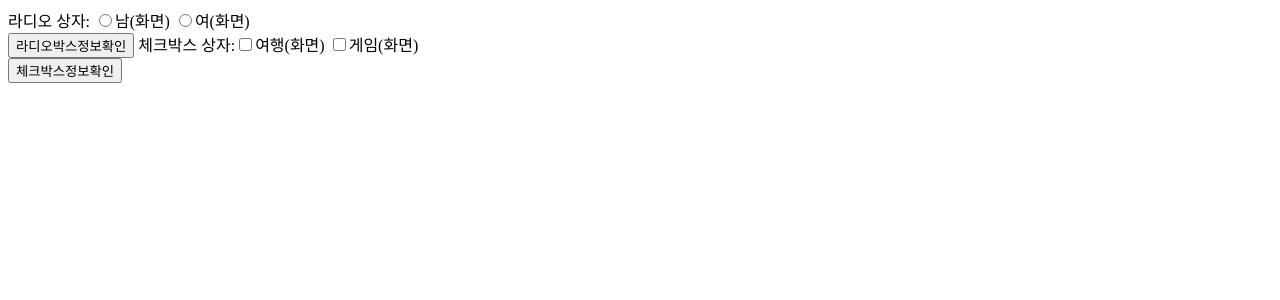
Repository: hololog/workspace_jsp1
Page: JspStudy/src/main/webapp/js1/test15.html
These files come from the project's save history. The page is drawn as it stood at one moment and after the next save; the edit follows.
The browser window is 1280 px wide. The pictures show the whole page.

Above is the page before, as saved 2021-12-14 07:26:28.

### JspStudy/src/main/webapp/js1/test15.html
<!DOCTYPE html>
<html>
<head>
<meta charset="UTF-8">
<title>js1/test15.html</title>
<script type="text/javascript">
//내장객체 window 윈도우창   - location 주소줄
//- history 방문기록
//- document html 틀 - image , ..
//                   - form - text,password,textarea
//                          - radio, checkbox
//                           - select

//내장객체 window 생략가능
//내장객체 window.document.폼태그.라디오상자이름   => 큰 주제 : html문서안에 있는 폼태그안의 라디오 상자제어
//								          => 멤버변수
//                                           type 라디오 상자타입을 저장하는 변수 ,
								//           value 입력된 값을 저장하는 변수,
								//			 checked 라디오 상자가 체크되어잇으면 참으로 저장
								//                   체크가 안되어 있으면 거싲으로 저장하는 변수
								//        => 멤버함수(메서드)
								//          click() 라디오 상자 글자 블럭 설정 기능
//내장객체 호출    =>document.폼태그.텍스트상자이름[].type,
//               document.폼태그.텍스트상자이름[].value,
//               document.폼태그.텍스트상자이름[].checked,
//               document.폼태그.텍스트상자이름[].click()

 function f1() {
	alert(document.fr.ra[0].type);
	alert(document.fr.ra[0].value);
	alert(document.fr.ra[0].checked);
	document.fr.ra[0].click();
 }

</script>
</head>
<body>
	<form action="a.jsp" method="get" name="fr">
	 라디오 상자: <input type="radio" name="ra" value="1">남(화면)
           	   <input type="radio" name="ra" value="2">여(화면)<br>
           	   <input type="button" value="라디오박스정보확인" onclick="f1()">
     체크박스 상자:<input type="checkbox" name="ch" value="여행">여행(화면)
               <input type="checkbox" name="ch" value="게임">게임(화면)<br>

			   <input type="button" value="체크박스정보확인" onclick="f2()">
	</form>
</body>
</html>

After the next save:
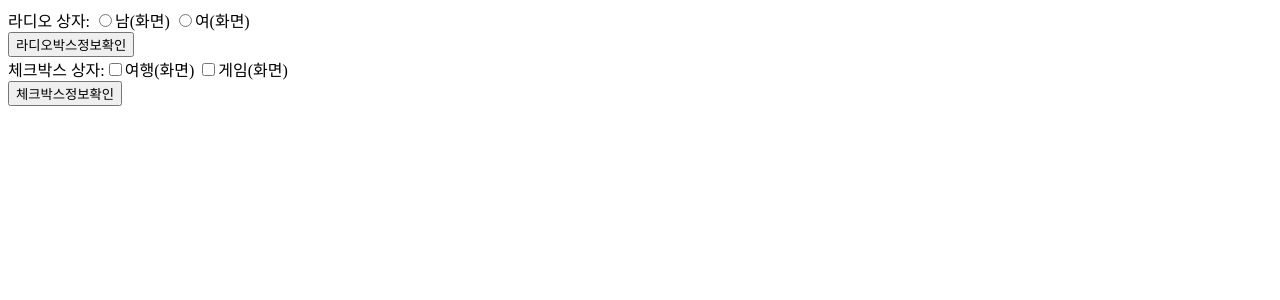
Saved 9 s later.
--- a/JspStudy/src/main/webapp/js1/test15.html
+++ b/JspStudy/src/main/webapp/js1/test15.html
@@ -38,7 +38,7 @@
 	<form action="a.jsp" method="get" name="fr">
 	 라디오 상자: <input type="radio" name="ra" value="1">남(화면)
            	   <input type="radio" name="ra" value="2">여(화면)<br>
-           	   <input type="button" value="라디오박스정보확인" onclick="f1()">
+           	   <input type="button" value="라디오박스정보확인" onclick="f1()"><br>
      체크박스 상자:<input type="checkbox" name="ch" value="여행">여행(화면)
                <input type="checkbox" name="ch" value="게임">게임(화면)<br>
 
